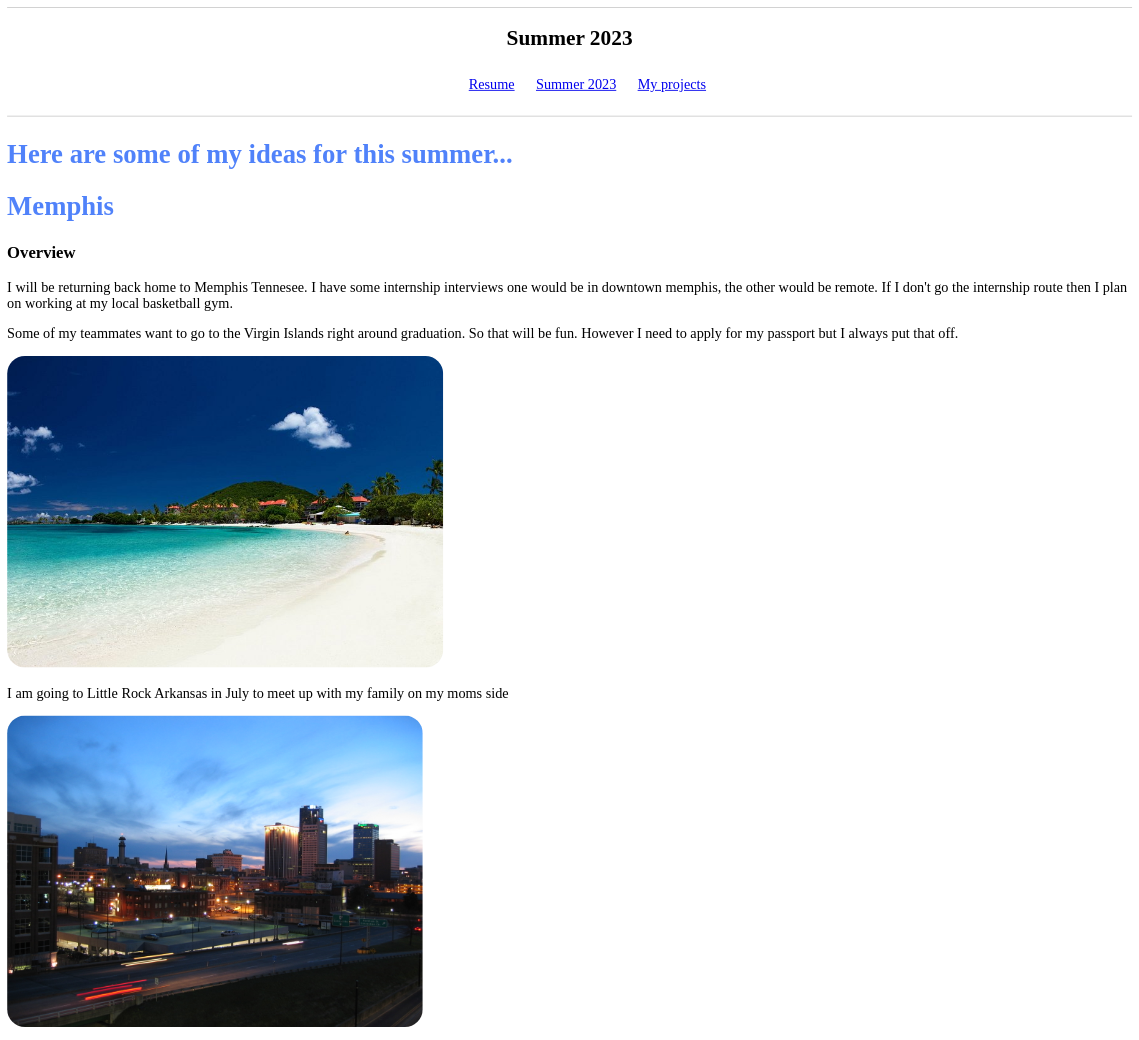
Repository: kayacancode/itm361project1
Page: summer2023.html
An editor plug-in stored every save of this project. The page is shown before and after the next save, followed by the edit.
The browser window is 1280 px wide. The pictures show the whole page, at 89% of full size.
Some web fonts or font styles are not loaded; a fallback is used.

Above is the page before, as saved 2023-03-04 13:49:54.

After the next save:
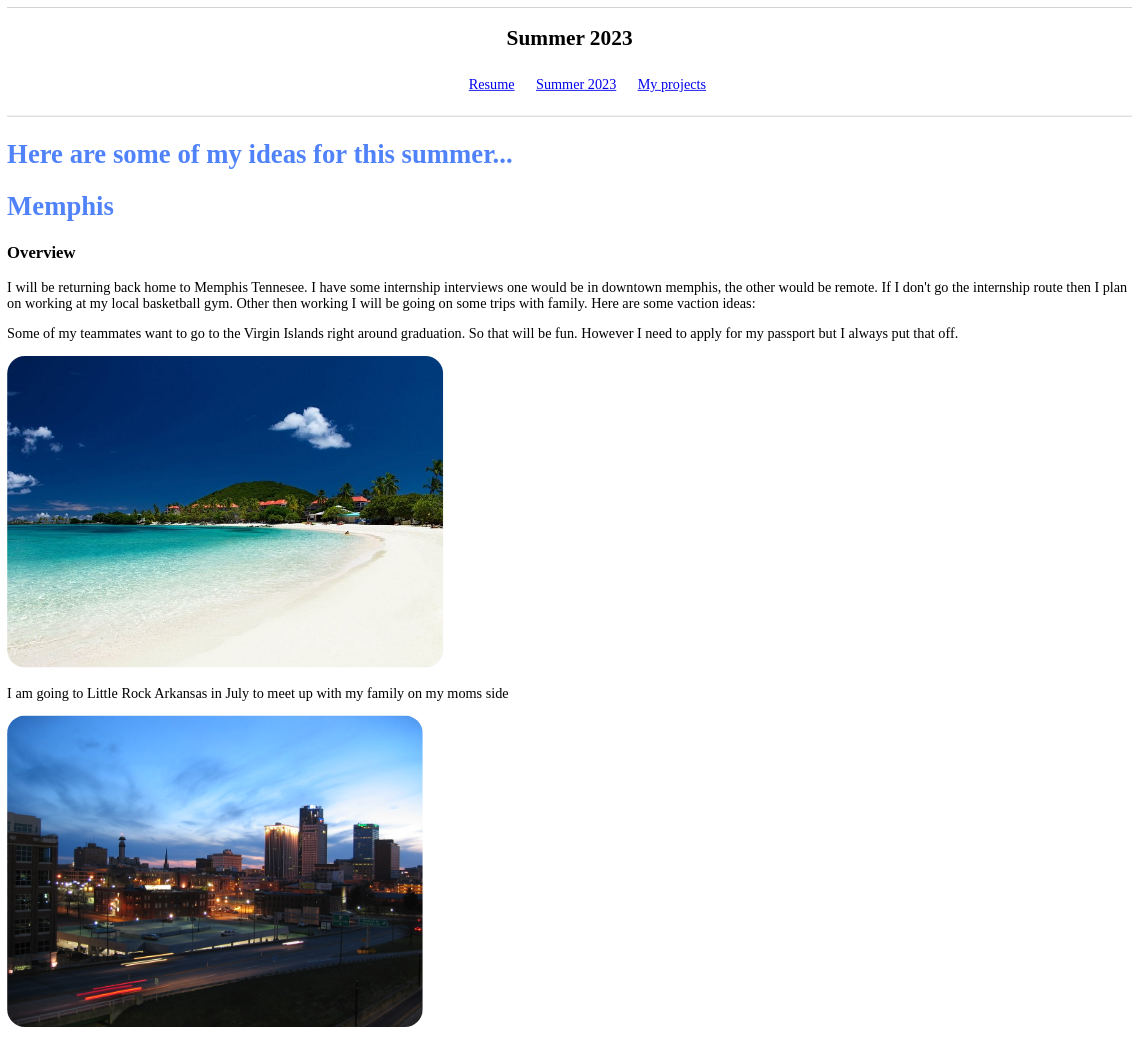
Saved 44 s later.
--- a/summer2023.html
+++ b/summer2023.html
@@ -23,7 +23,9 @@
     <div class="trips">
       <h2>Memphis </h2>
       <h3>Overview</h3>
-      <p>I will be returning back home to Memphis Tennesee. I have some internship interviews one would be in downtown memphis, the other would be remote. If I don't go the internship route then I plan on working at my local basketball gym.</p>
+      <p>I will be returning back home to Memphis Tennesee. I have some internship interviews one would be in downtown memphis, the other would be remote. If I don't go the internship route then I plan on working at my local basketball gym.
+        Other then working I will be going on some trips with family. Here are some vaction ideas:
+      </p>
     <section>
     <p>
       Some of my teammates want to go to the Virgin Islands right around
